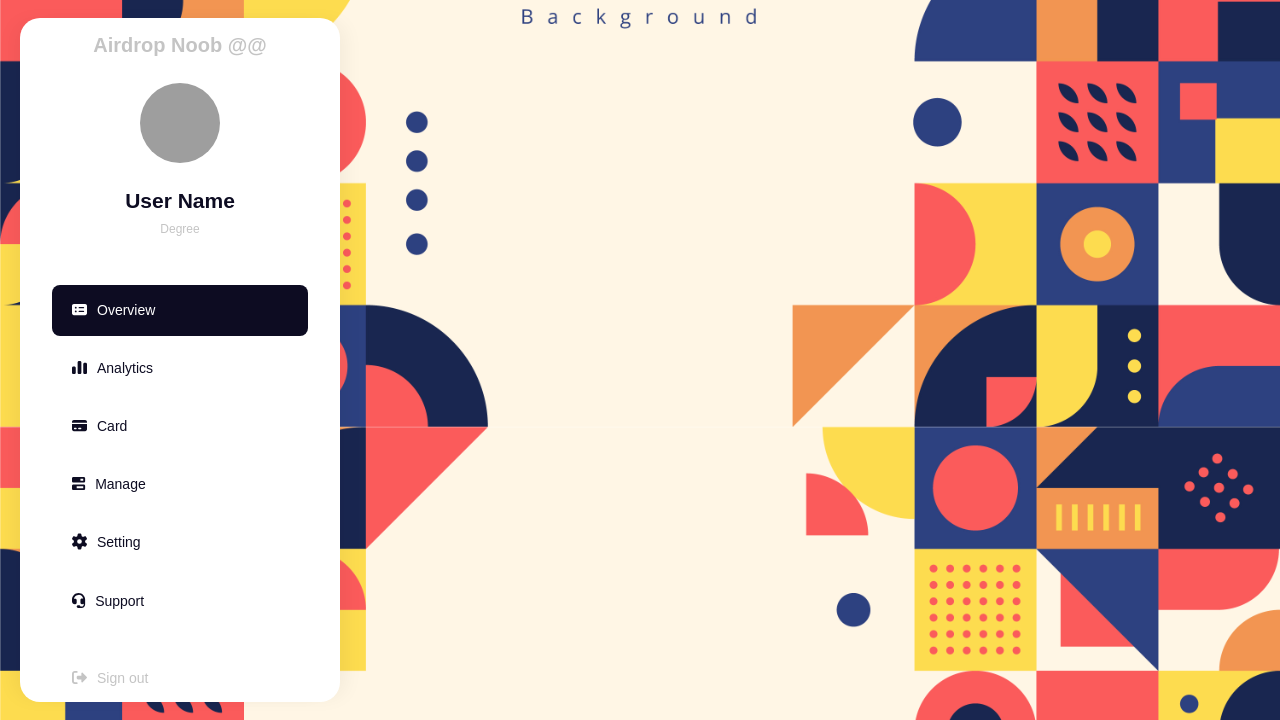
Repository: conGaStuer/airdropmamager
Page: /
The author's editor kept a copy of each file at every save. The page is drawn from the files as they stood at one save, then again after the next save.
The browser window is 1280 px wide. The pictures show the whole page.
Pictures or frames that could not be fetched are drawn as grey boxes. The project was rebuilt for these pictures with package versions that can differ from the ones it lists, and the page was loaded fresh each time. The framework's server and built-in components were replaced by stand-ins that run in the browser. Also part of the build but not shown: next.config.ts.

Above is the page before, as saved 2025-05-25 20:00:49.

After the next save:
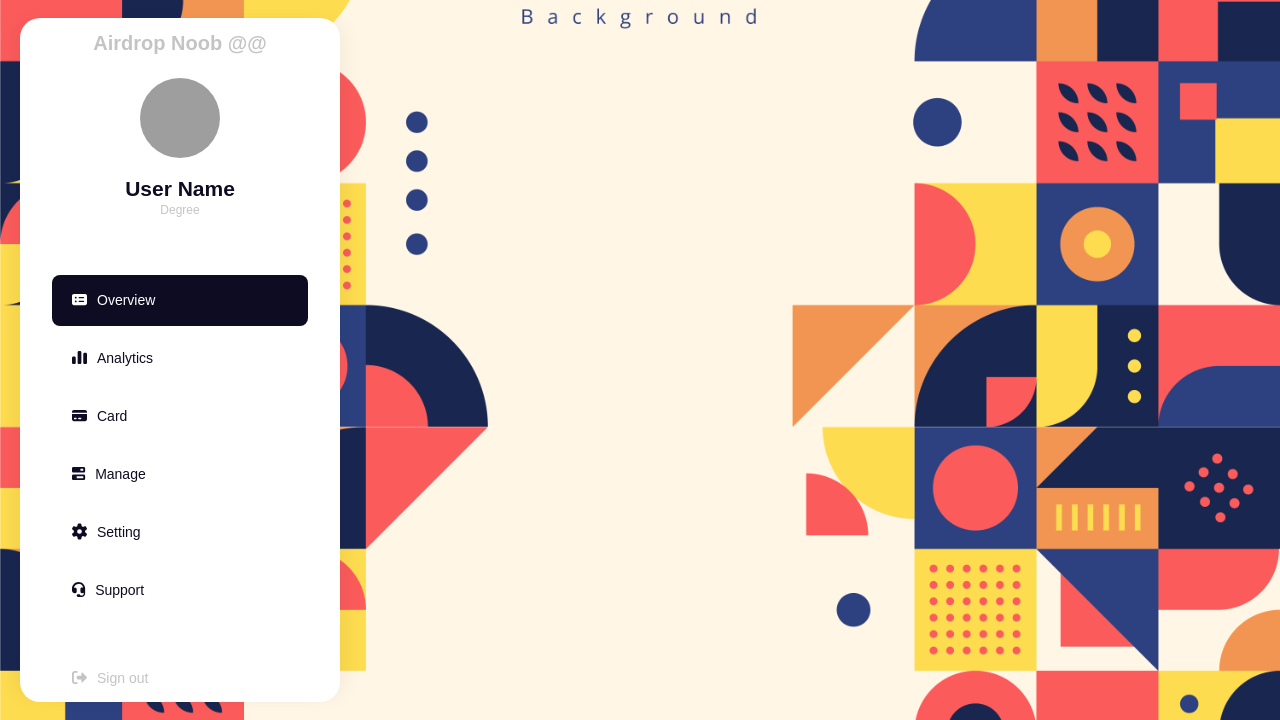
Saved 9 s later.
--- a/src/styles/sideBar.scss
+++ b/src/styles/sideBar.scss
@@ -28,7 +28,7 @@
   }
   .side-info {
     width: 80%;
-    height: 35%;
+    height: 32%;
     display: flex;
     flex-direction: column;
     justify-content: space-around;
